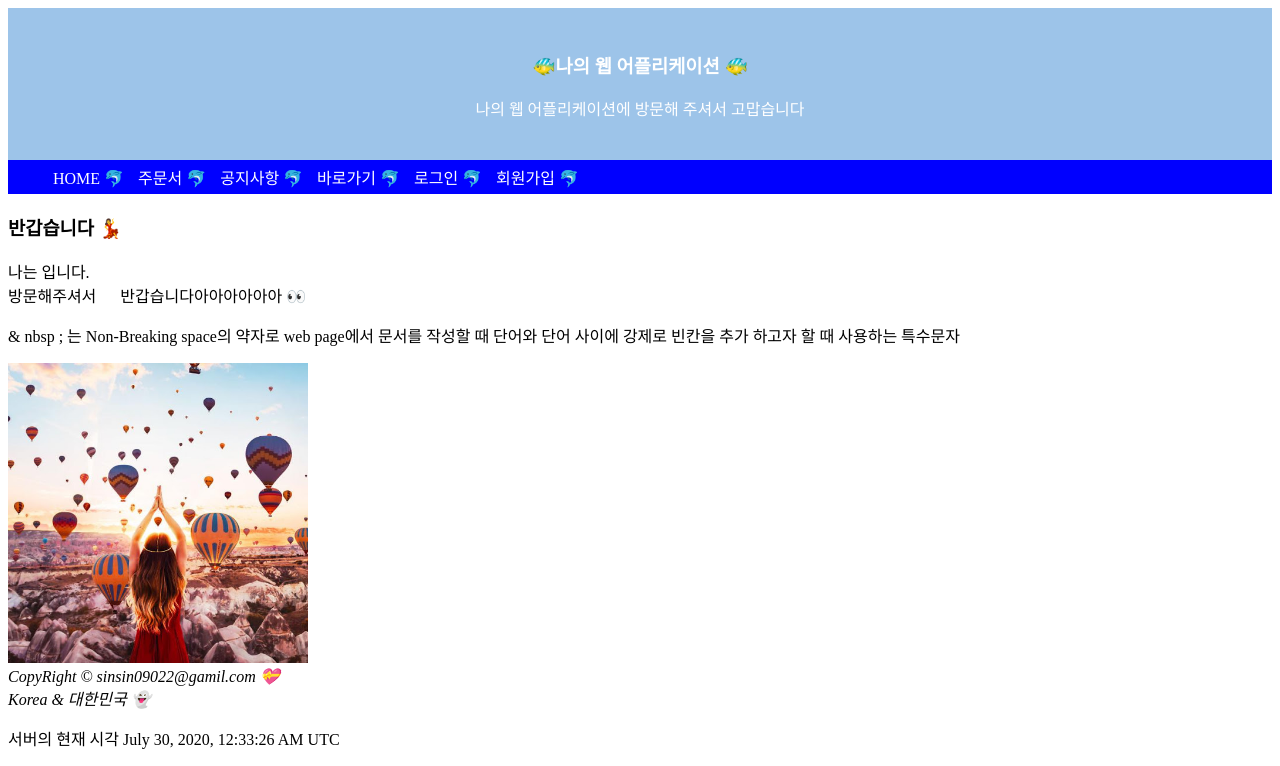
Repository: haetsalshin/Biz_506_2020_07_SpringMVC
Page: http://localhost/SpMVC_001_Order/
An editor plug-in stored every save of this project. The page is shown before and after the next save, followed by the edit.
The browser window is 1280 px wide. The pictures show the whole page.
The page is served by Tomcat 9. Other server files are loaded and not shown. The template is opened directly, without the code that normally fills it, so the values that code supplies are empty.

Above is the page before, as saved 2020-07-30 02:33:28.

### SpMVC_001_Order/src/main/webapp/WEB-INF/views/home.jsp
<%@ page language="java" contentType="text/html; charset=UTF-8"
    pageEncoding="UTF-8"%>
<!DOCTYPE html>
<html>
<head>
<!--  이 파일은 stylesheet구조다.요즘에는 type을 사용하지 않지만 어떤 곳은 명시 해야만 해야되기도 한다. -->
<!--  내가 어제 navi와 header부분 디자인 만들어 놓은 것을 그대로 불러와서 적용하는 것. -->
<!-- include 사용하는 이유는 우리는 상당부분 article빼고는 다른 부분은 계속 같기 때문에
	그래서 이러한 부분은 다시 만들지 않도록 따로 분리해두는 것
 -->

	<%@ include file = "/WEB-INF/views/include/include-head.jspf" %>
</head>
<body>
	<%@ include file = "/WEB-INF/views/include/include-header.jspf" %>
	<%@ include file= "/WEB-INF/views/include/include-nav.jspf" %>

	<section>
	<h3>반갑습니다 &#128131; </h3>
	<p>나는 ${name} 입니다.</br> 방문해주셔서&nbsp;&nbsp;&nbsp;&nbsp;&nbsp;
	반갑습니다아아아아아아 &#128064; </p>
	<p>& nbsp ; 는 Non-Breaking space의 약자로 web page에서 문서를 작성할 때
	단어와 단어 사이에 강제로 빈칸을 추가 하고자 할 때 사용하는 특수문자


	</section>
	<section>
		<img src ="resources/images/turkey.jpg" alt ="터키 사진" width="300px" >


	</section>
	<%@ include file ="/WEB-INF/views/include/include-footer.jspf" %>
	<p>서버의 현재 시각 ${serverTime}</p>
</body>
</html>

### SpMVC_001_Order/src/main/webapp/WEB-INF/views/include/include-head.jspf
<%@ page language="java" contentType="text/html; charset=UTF-8"
    pageEncoding="UTF-8"%>
<meta charset="UTF-8">
<meta name='viewport' content='width=device-width, initial-scale=1'>
<!--  특수문자는 화면을 읽는 게 인식을 하지 못하므로 접근성 테스트에서 통과하지 못한다.
	  따라서 웬만하면 특수문자 쓰지 말것
 -->
<title>나의 웹어플</title>
<link rel ="stylesheet" href = "resources/css/main.css" type ="text/css" >

### SpMVC_001_Order/src/main/webapp/WEB-INF/views/include/include-header.jspf
<%@ page language="java" contentType="text/html; charset=UTF-8"
    pageEncoding="UTF-8"%>

<header>
	<h3> &#128032;나의 웹 어플리케이션 &#128032;</h3>
	<P>나의 웹 어플리케이션에 방문해 주셔서 고맙습니다</P>
</header>

### SpMVC_001_Order/src/main/webapp/WEB-INF/views/include/include-nav.jspf
<%@ page language="java" contentType="text/html; charset=UTF-8"
    pageEncoding="UTF-8"%>
<nav>
	<ul>
		<li><a href="#">HOME &#128044;	</a></li>
		<li><a href="#">주문서 &#128044;</a></li>
		<li><a href="#">공지사항 &#128044;</a></li>
		<li><a href="#">바로가기 &#128044;</a></li>
		<li><a href="#">로그인 &#128044;</a></li>
		<li><a href="#">회원가입 &#128044;</a></li>
	</ul>
</nav>

### SpMVC_001_Order/src/main/webapp/WEB-INF/views/include/include-footer.jspf
<%@ page language="java" contentType="text/html; charset=UTF-8"
    pageEncoding="UTF-8"%>
	<footer>
		<!-- address라는 태그로 감싸면 이탤릭체로 된다. -->
		<!--  &앤드는 아래와 같이 copy와 amp같은 걸 쓸 때 써주기 때문에 둘이 중복되지 않도록
		원래는 사용하는 것이 금지 되어 있다. 그래서 저런형식으로 써주는 것. -->
		<address>CopyRight &copy; sinsin09022@gamil.com &#128157;</address>
		<address>Korea &amp; 대한민국 &#128123;</address>
	</footer>

### SpMVC_001_Order/src/main/webapp/resources/css/main.css
@charset "UTF-8";

        /*
        style 지정할 때 사용하는 단위
        px, pt, dp, em, rem 등등...

        rem(em) : box내부에 문자열 content 있을 때 content 문자열 중에 가장 큰 문자열을 기준으로
            배율을 정하라

        */

        header {
            background-color: rgb(157, 196, 233);
            color: white;
            padding: 1.5rem;
            text-align: center;
        }

        nav {

            background-color: blue;

        }
        ul {
            margin: 0;
        }

        li{
            display: inline-block;
            padding: 5px;
            background-color: blue;
            color: white;
            cursor: pointer;
        }
        li:hover {
            background-color: teal;
            color: white;
        }
        /*
            text-decoration : anchar tag는 특성상 문자열에 밑줄과 같은 속성이 지정된다.
                이 속성을 모두 없애서 디자인이 흐트러지는 것을 방지할 수 있다.
        */
        a{
            color: white;
            text-decoration: none;
        }

After the next save:
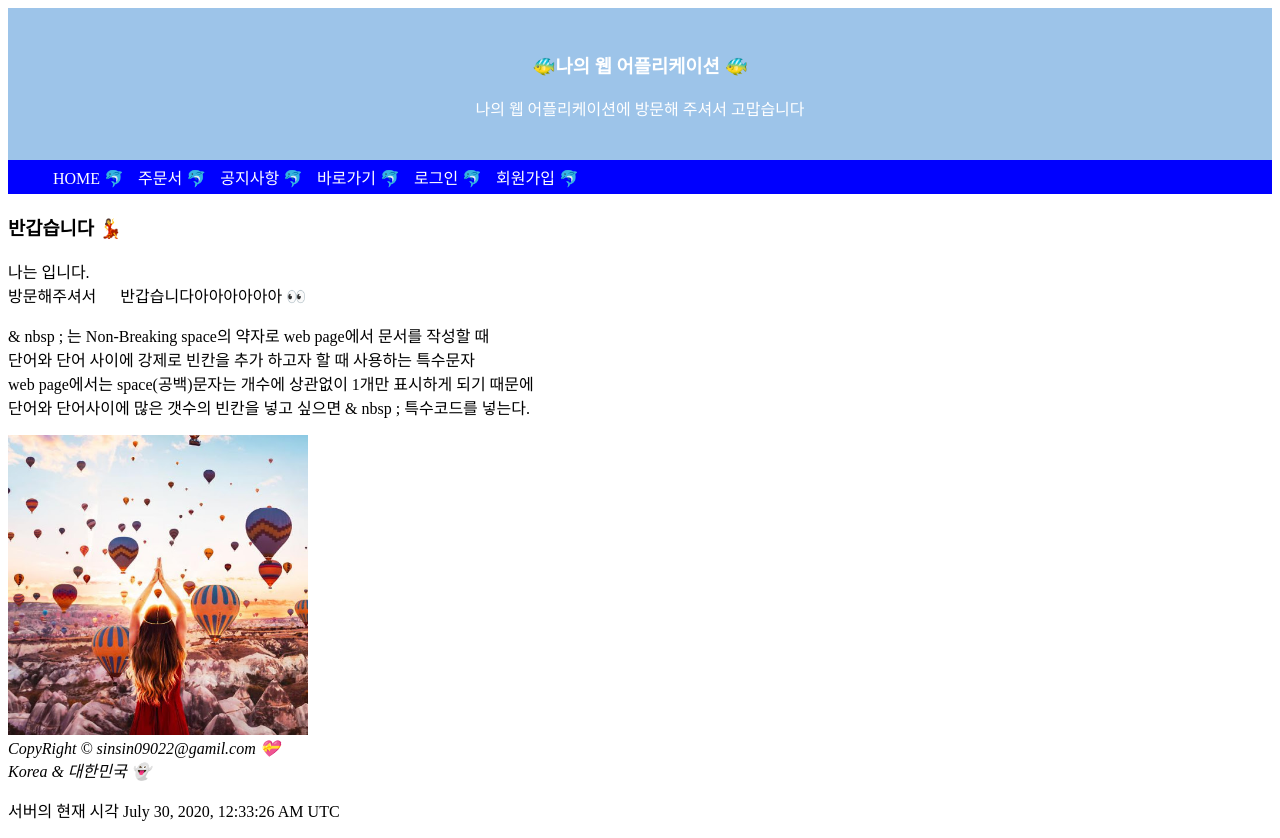
Saved 79 s later.
--- a/SpMVC_001_Order/src/main/webapp/WEB-INF/views/home.jsp
+++ b/SpMVC_001_Order/src/main/webapp/WEB-INF/views/home.jsp
@@ -19,8 +19,10 @@
 	<h3>반갑습니다 &#128131; </h3>
 	<p>나는 ${name} 입니다.</br> 방문해주셔서&nbsp;&nbsp;&nbsp;&nbsp;&nbsp;
 	반갑습니다아아아아아아 &#128064; </p>
-	<p>& nbsp ; 는 Non-Breaking space의 약자로 web page에서 문서를 작성할 때
-	단어와 단어 사이에 강제로 빈칸을 추가 하고자 할 때 사용하는 특수문자
+	<p>& nbsp ; 는 Non-Breaking space의 약자로 web page에서 문서를 작성할 때</br>
+	단어와 단어 사이에 강제로 빈칸을 추가 하고자 할 때 사용하는 특수문자</br>
+	web page에서는 space(공백)문자는 개수에 상관없이 1개만 표시하게 되기 때문에</br>
+	단어와 단어사이에 많은 갯수의 빈칸을 넣고 싶으면 & nbsp ; 특수코드를 넣는다.
 
 
 	</section>
